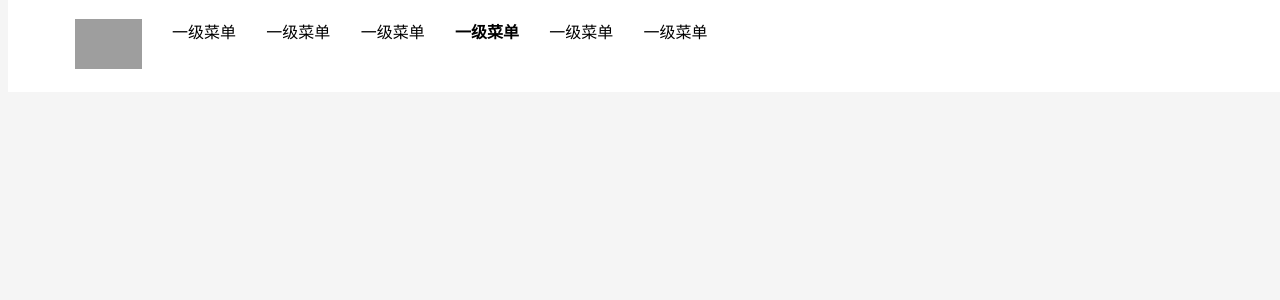
Repository: LJW3112/StudyHTML
Page: 个人作品展示网页/CODE/index.html
The author's editor kept a copy of each file at every save. The page is drawn from the files as they stood at one save, then again after the next save.
The browser window is 1280 px wide. The pictures show the whole page.
Pictures or frames that could not be fetched are drawn as grey boxes.

Above is the page before, as saved 2023-02-12 17:08:57.

After the next save:
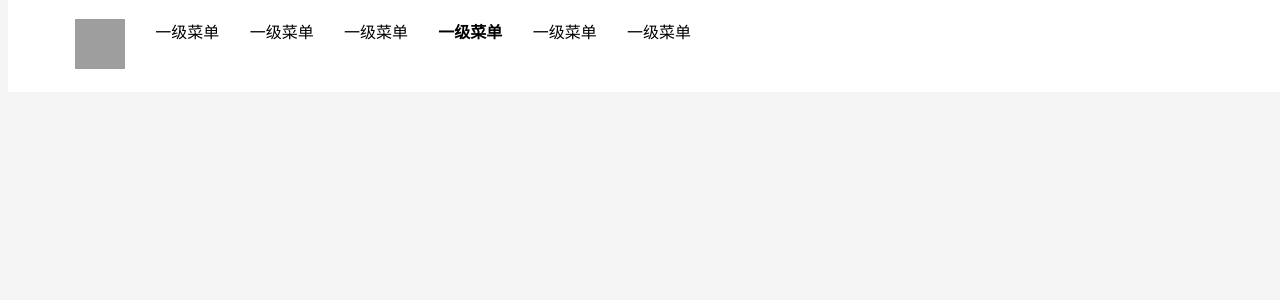
Saved 15 s later.
--- a/个人作品展示网页/CODE/index.html
+++ b/个人作品展示网页/CODE/index.html
@@ -89,7 +89,7 @@
                 background: whitesmoke !important;
             }
             img {
-                width:50;
+                width:50px;
                 height:50px;
             }
         </style>
